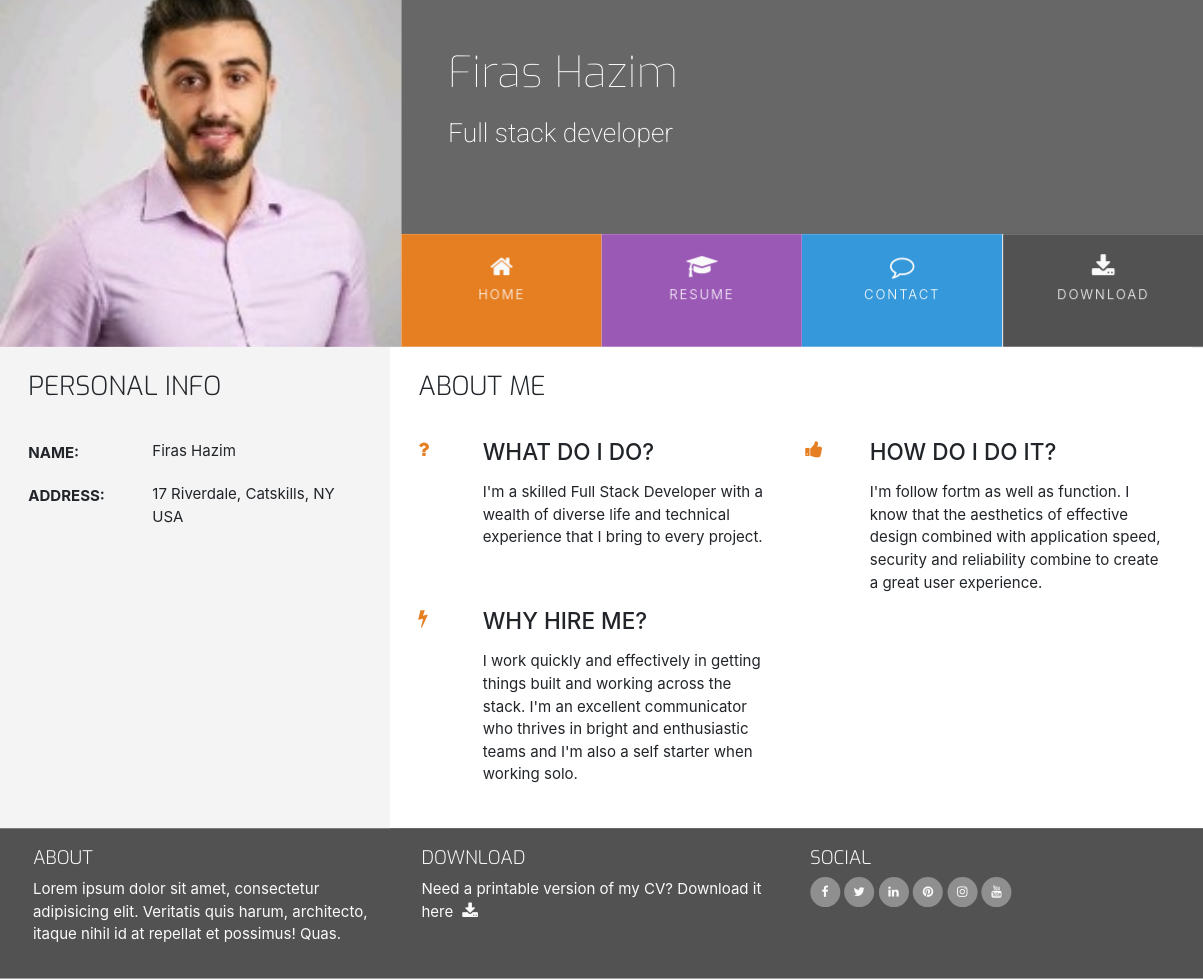
Repository: FirasH94/ResumeProject
Page: index.html
The author's editor kept a record of every edit. The page is drawn from the files as they stood at one moment, then again after the next edit.
The browser window is 1280 px wide. The pictures show the whole page, at 94% of full size.

Above is the page before.

After the next edit:
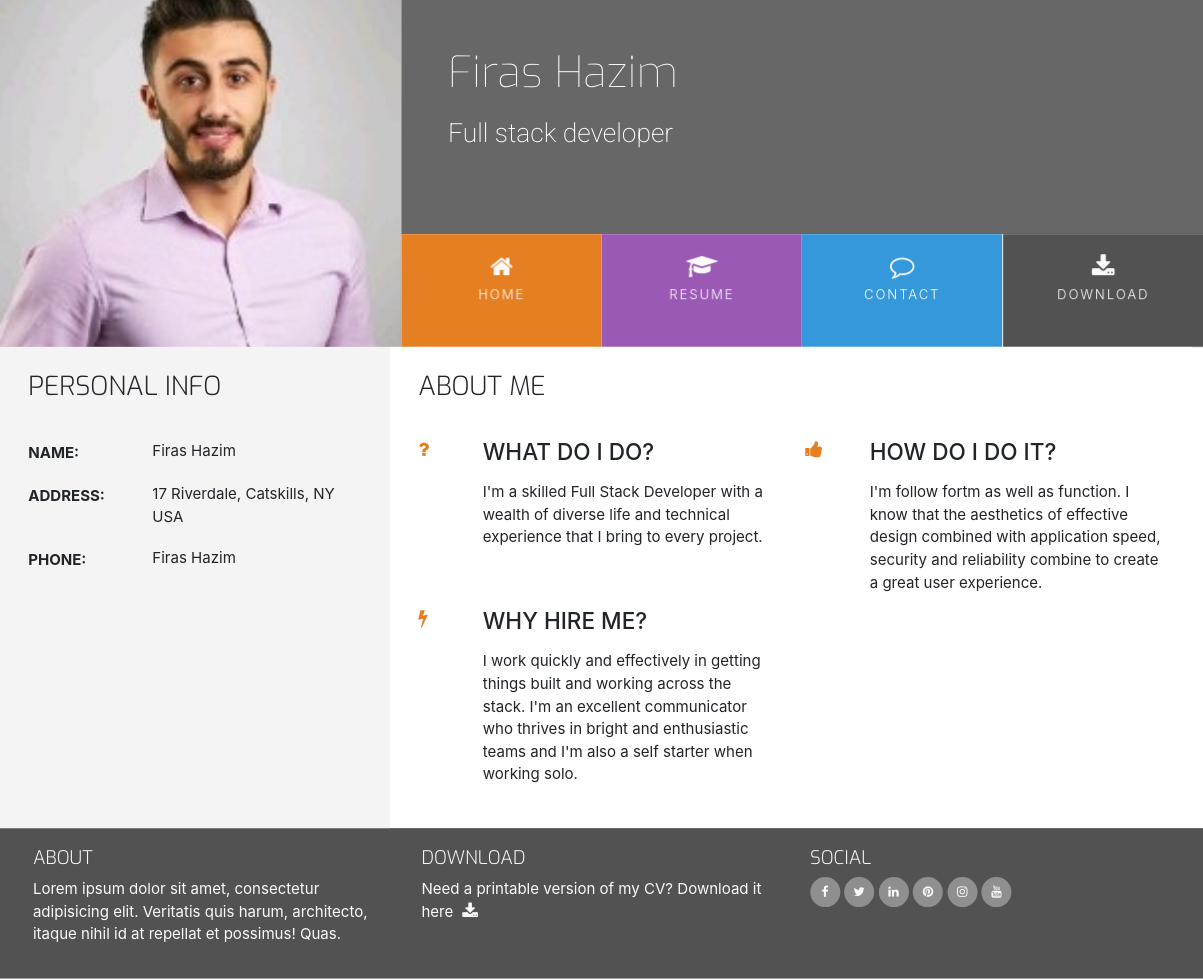
The edit:
--- a/index.html
+++ b/index.html
@@ -78,6 +78,18 @@
                         </p>
                     </div>
                 </div>
+                 <div class="personal-info-item">
+                    <div class="key">
+                        <p class="uppercase">
+                            Phone:
+                        </p>
+                    </div>
+                    <div class="value">
+                        <p>
+                            Firas Hazim
+                        </p>
+                    </div>
+                </div>
             </div>
             <div class="col-md-8 bg-color-three-reasons section-column">
                 <div class="row">
